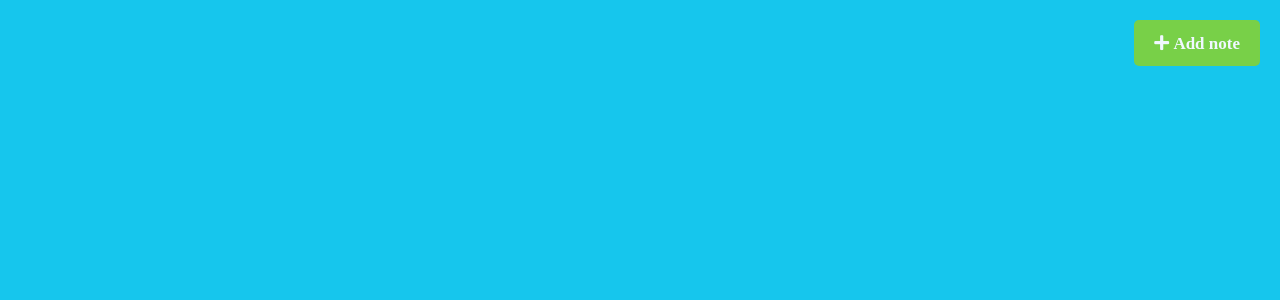
Repository: northpx/noteslist
Page: index.html
The author's editor kept a copy of each file at every save. The page is drawn from the files as they stood at one save, then again after the next save.
The browser window is 1280 px wide. The pictures show the whole page.
Some web libraries are served in a nearby version.

Above is the page before, as saved 2023-01-08 09:30:10.

### index.html
<!DOCTYPE html>
<html lang="en">
<head>
    <meta charset="UTF-8">
    <meta http-equiv="X-UA-Compatible" content="IE=edge">
    <meta name="viewport" content="width=device-width, initial-scale=1.0">
    <link rel="stylesheet" href="https://cdnjs.cloudflare.com/ajax/libs/font-awesome/5.14.0/css/all.min.css"
    integrity="sha512-1PKOgIY59xJ8Co8+NE6FZ+LOAZKjy+KY8iq0G4B3CyeY6wYHN3yt9PW0XpSriVlkMXe40PTKnXrLnZ9+fkDaog=="
    crossorigin="anonymous" />
    <link rel="stylesheet" href="style.css">
    <title>Notes List</title>
</head>
<body>
    <button class="add">
        <i class="fas fa-plus"> Add note</i>
    </button>
    <script src="script.js"></script>
</body>
</html>

### style.css
@import url('https://fonts.googleapis.com/css2?family=Poppins:ital,wght@0,200;0,300;0,400;0,500;0,600;0,700;0,800;0,900;1,200;1,300;1,400;1,500;1,600;1,700;1,800;1,900&family=Roboto:ital,wght@0,100;0,300;0,400;0,500;0,700;0,900;1,100;1,300;1,400;1,500;1,700;1,900&display=swap');

*{
    margin: 0;
    padding: 0;
    box-sizing: border-box;
    font-family: 'Poppins';
}
body{
    background-color: rgb(22, 198, 237);
    display: flex;
    flex-wrap: wrap;
    padding: 100px 0px;
}

.add{
    position: fixed;
    top: 20px;
    right: 20px;
    background-color: rgb(120, 208, 72);
    border: none;
    color: aliceblue;
    border-radius: 5px;
    padding: 10px 20px;
    cursor: pointer;
    font-size: 17px;
}

Loaded but not shown: script.js (common file)

After the next save:
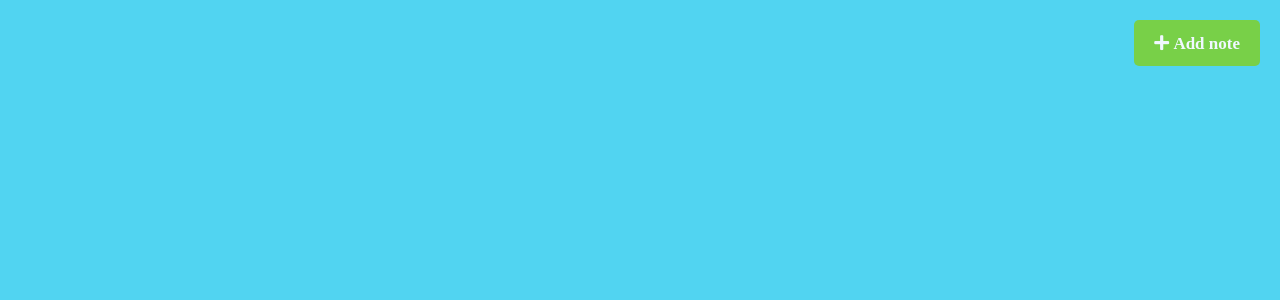
Saved 10 s later.
--- a/style.css
+++ b/style.css
@@ -7,7 +7,7 @@
     font-family: 'Poppins';
 }
 body{
-    background-color: rgb(22, 198, 237);
+    background-color: rgba(22, 198, 237, 0.747);
     display: flex;
     flex-wrap: wrap;
     padding: 100px 0px;
